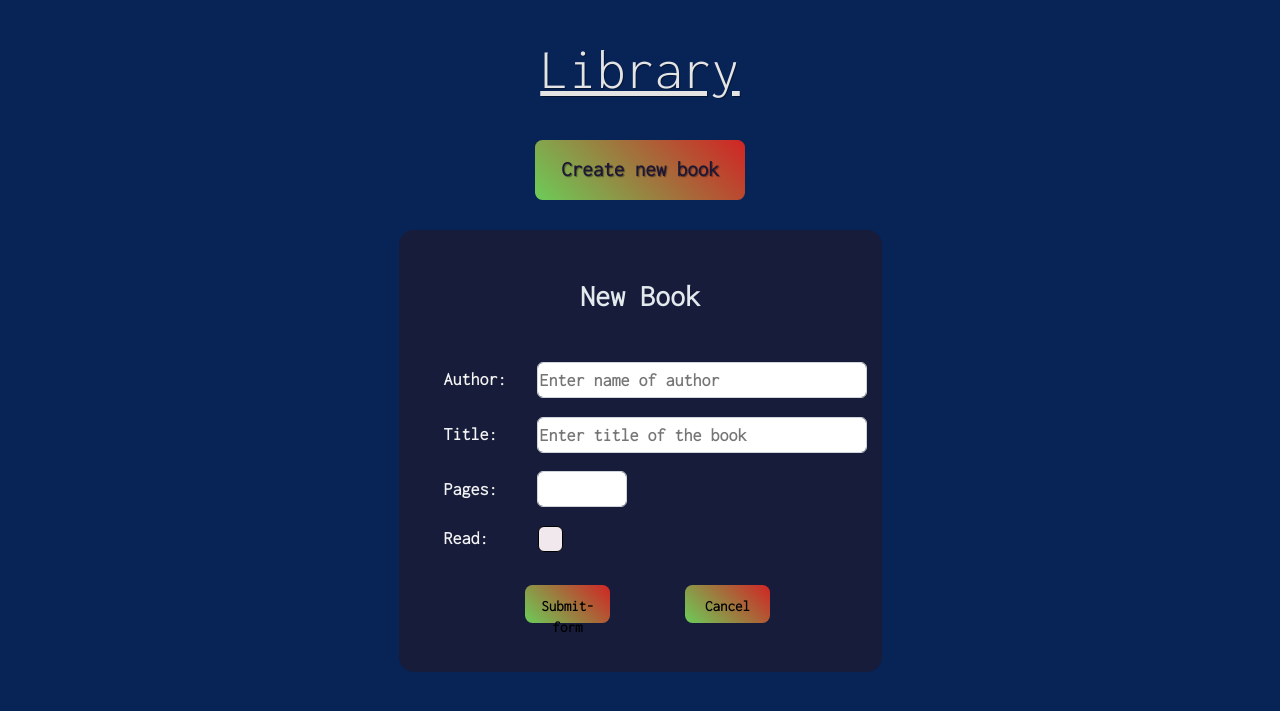
Repository: 0101chaitanya/Library
Page: index.html
The author's editor kept a copy of each file at every save. The page is drawn from the files as they stood at one save, then again after the next save.
The browser window is 1280 px wide. The pictures show the whole page.

Above is the page before, as saved 2021-06-05 11:55:04.

After the next save:
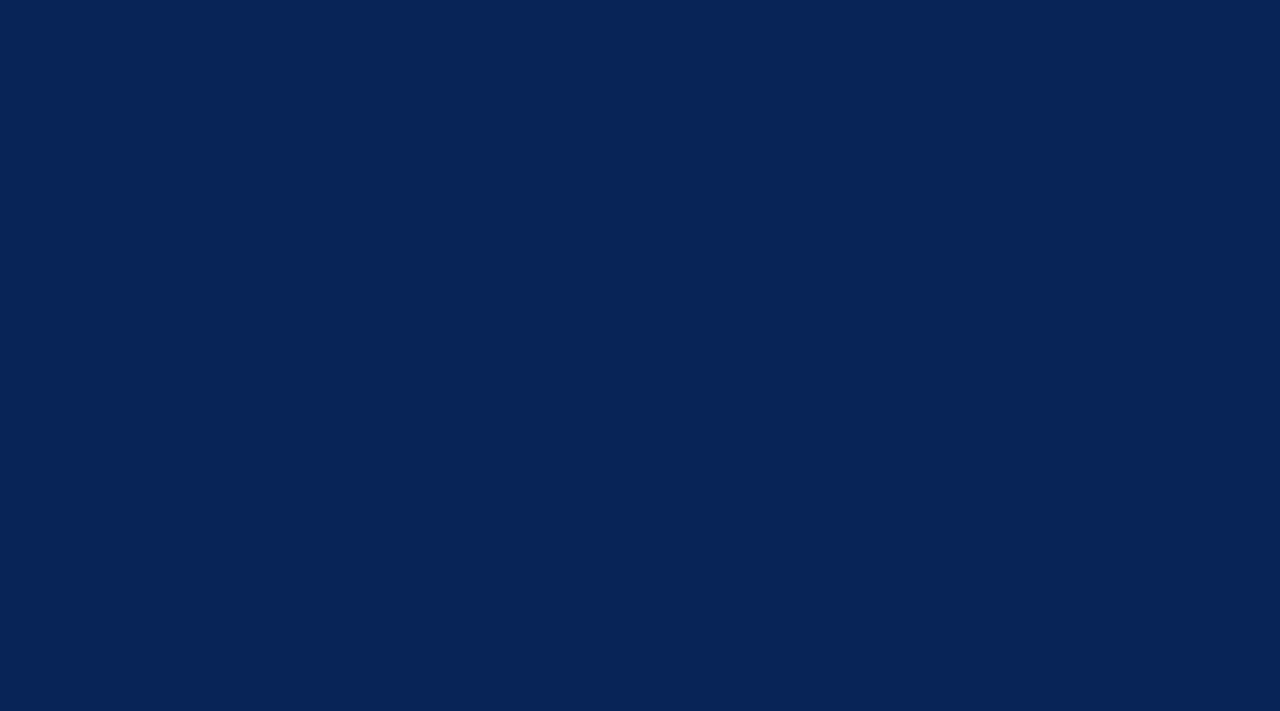
Console error: SyntaxError: Unexpected token '}'
Saved 87 s later.
--- a/script.js
+++ b/script.js
@@ -84,26 +84,20 @@
 let objArray = [];
 
 submitBtn.addEventListener('click',
-    function() {
-        let obj = new setBookObj();
-        //inputElem[0].value, inputElem[1].value, inputElem[2].value, inputElem[3].checked
+function() {
+    let obj = new setBookObj(inputElem[0].value, inputElem[1].value, inputElem[2].value, inputElem[3].checked);
 
-        let inputElems = Array.from(form.elements);
-        inputElems.forEach((item, i) => {
-            if (item.tagName == 'input') {
-                Object.values(obj)[i] = item.value;
-            }
-            console.log(obj);
+    console.log(obj);
 
-            // objArray.push(obj);
+    // objArray.push(obj);
 
-            localStorage.setItem('obj', JSON.stringify(obj));
-            form.submit();
+    localStorage.setItem('obj', JSON.stringify(obj));
+    form.submit();
 
 
-        });
+});
 
-    }); //console.log(ObjArray.length);
+}); //console.log(ObjArray.length);
 var retrivedObj = JSON.parse(localStorage.getItem('obj'));
 
 console.log(retrivedObj);

After the save that followed:
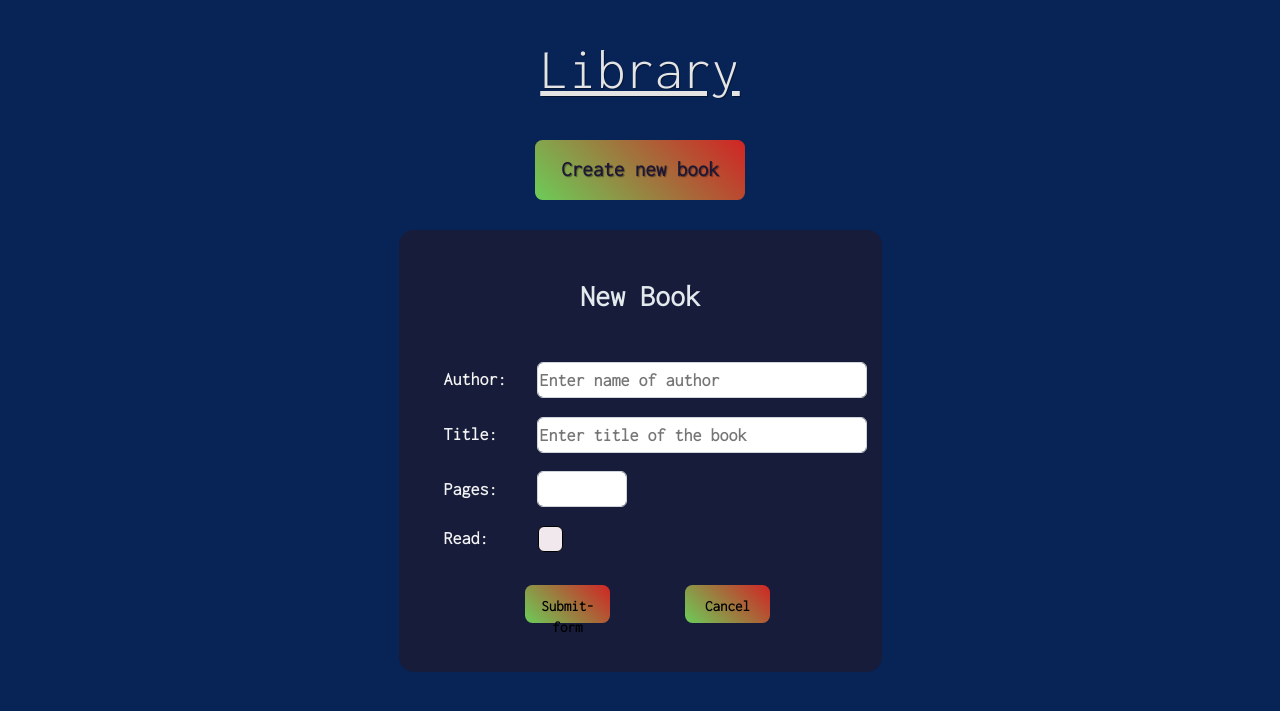
The error is gone.
Saved 15 s later.
--- a/script.js
+++ b/script.js
@@ -84,20 +84,19 @@
 let objArray = [];
 
 submitBtn.addEventListener('click',
-function() {
-    let obj = new setBookObj(inputElem[0].value, inputElem[1].value, inputElem[2].value, inputElem[3].checked);
+    function() {
+        let obj = new setBookObj(inputElem[0].value, inputElem[1].value, inputElem[2].value, inputElem[3].checked);
 
-    console.log(obj);
+        console.log(obj);
 
-    // objArray.push(obj);
+        // objArray.push(obj);
 
-    localStorage.setItem('obj', JSON.stringify(obj));
-    form.submit();
+        localStorage.setItem('obj', JSON.stringify(obj));
+        form.submit();
 
 
-});
 
-}); //console.log(ObjArray.length);
+    }); //console.log(ObjArray.length);
 var retrivedObj = JSON.parse(localStorage.getItem('obj'));
 
 console.log(retrivedObj);
